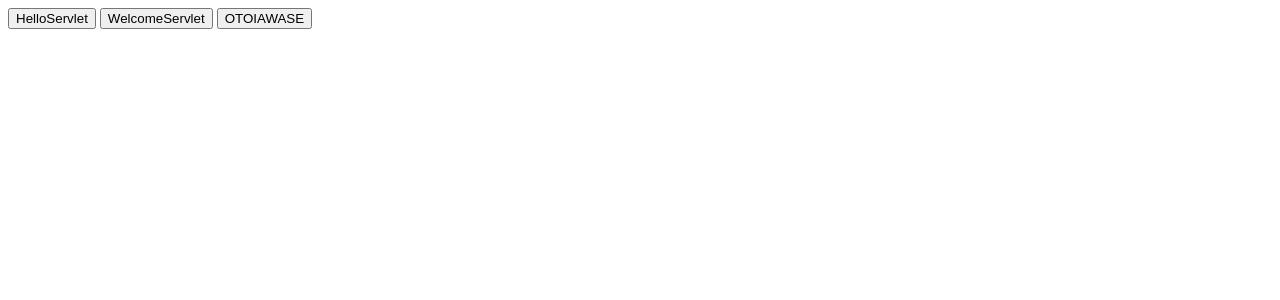
Repository: Nogawa-Haruka/test
Page: http://localhost/HelloServlet/
The author's editor kept a copy of each file at every save. The page is drawn from the files as they stood at one save, then again after the next save.
The browser window is 1280 px wide. The pictures show the whole page.
The page is served by Tomcat 9.

Above is the page before, as saved 2019-11-18 11:16:44.

After the next save:
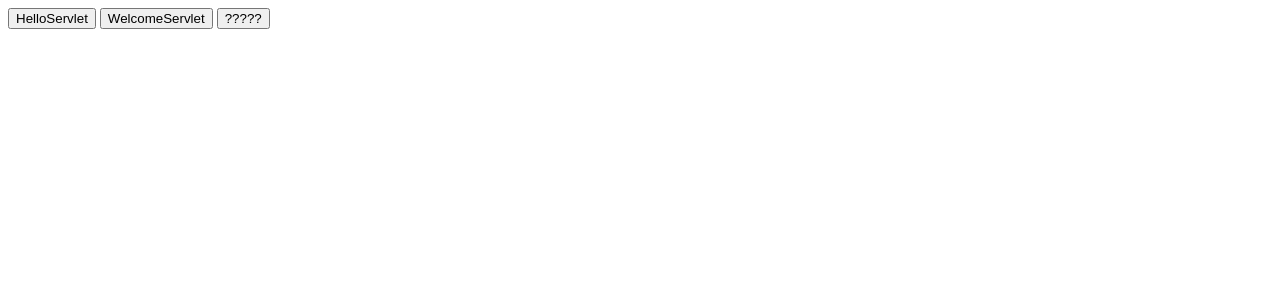
Saved 52 s later.
--- a/HelloServlet/WebContent/index.jsp
+++ b/HelloServlet/WebContent/index.jsp
@@ -8,6 +8,6 @@
 <body>
 	<input type="button" value="HelloServlet" onClick="location.href='HelloServlet'">
 	<input type="button" value="WelcomeServlet" onClick="location.href='welcome.jsp'">
-	<input type="button" value="OTOIAWASE" onClick="location.href='inquiry.jsp'">
+	<input type="button" value="問い合わせ" onClick="location.href='inquiry.jsp'">
 </body>
 </html>
